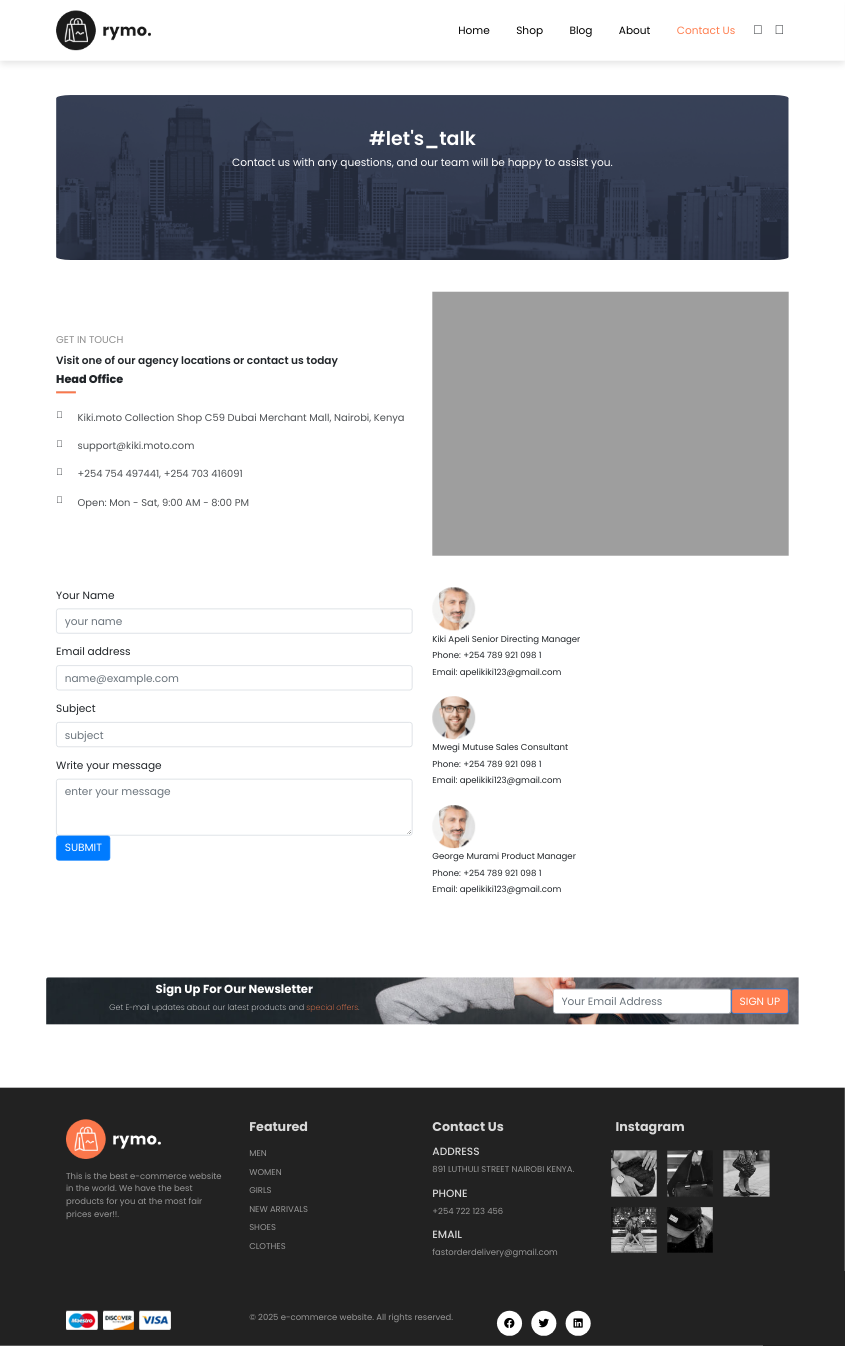
Repository: peter417waweru/e-commerce-UI
Page: contact.html
An editor plug-in stored every save of this project. The page is shown before and after the next save, followed by the edit.
The browser window is 1280 px wide. The pictures show the whole page, at 66% of full size.
Pictures or frames that could not be fetched are drawn as grey boxes. Some web libraries are served in a nearby version.

Above is the page before, as saved 2025-02-10 01:36:38.
Console error: TypeError: Cannot set properties of undefined (setting 'onclick')

### contact.html
<!DOCTYPE html>
<html lang="en">
    <head>

        <meta charset="UTF-8">
        <meta http-equiv="X-UA-Compatible" content="IE=edge">
        <meta name="viewport" content="width=device-width, initial-scale=1.0">
        <title>Ecommerce Website1</title>

        <link rel="stylesheet" href="https://cdn.jsdelivr.net/npm/bootstrap@4.1.3/dist/css/bootstrap.min.css"
        integrity="sha384-MCw98/SFnGE8fJT3GXwEOngsV7Zt27NXFoaoApmYm81iuXoPkFOJwJ8ERdknLPMO" crossorigin="anonymous">

        <link rel="stylesheet" href="https://pro.fontawesome.com/releases/v5.10.0/css/all.css" />

        <link rel="stylesheet" href="./style.css">
        <link rel="stylesheet" href="./about.css">
        <link rel="stylesheet" href="./contact.css">
    </head>

    <body>
        <nav class="navbar navbar-expand-lg navbar-light bg-white py-3 fixed-top">
            <div class="container">
              <img src="img/logo1.png" alt="">
              <button class="navbar-toggler" type="button" data-bs-toggle="collapse" data-bs-target="#navbarSupportedContent"
              aria-controls="navbarSupportedContent" aria-expanded="false" aria-label="Toggle navigation">
                <span><i id="bar" class="fas fa-bars"></i></span>
              </button>
              <div class="collapse navbar-collapse" id="navbarSupportedContent">
                <ul class="navbar-nav ml-auto">
                  <li class="nav-item">
                    <a class="nav-link " aria-current="page" href="#">Home</a>
                  </li>
                  <li class="nav-item">
                    <a class="nav-link" aria-current="page" href="shop.html">Shop</a>
                  </li>
                  <li class="nav-item">
                    <a class="nav-link" aria-current="page" href="#">Blog</a>
                  </li>
                  <li class="nav-item">
                    <a class="nav-link" aria-current="page" href="#">About</a>
                  </li>
                  <li class="nav-item">
                    <a class="nav-link active" aria-current="page" href="#">Contact Us</a>
                  </li>
                  <li class="nav-item">
                    <i class="fal fa-search"></i>
                    <i class="fal fa-shopping-bag"></i>
                  </li>


                </ul>

              </div>
            </div>
        </nav>

        <section id="page-header" class="container mt-5 pt-5">
           <div class="about-header">
            <h2 class="text-center mt-5 pt-5">#let's_talk</h2>
            <p class="text-center">Contact us with any questions, and our team will be happy to assist you.</p>
           </div>
        </section>

        <section id="contact-details" class="container mt-5">
            <div class="row d-flex align-items-center gap-4">
                <div class="details-side col-lg-6 col-md-6 col-12">
                    <span>GET IN TOUCH</span>
                    <h2>Visit one of our agency locations or contact us today</h2>
                    <h3>Head Office</h3>
                    <hr class="mt-1">
                    <li>
                        <i class="fal fa-map"></i>
                        <p>Kiki.moto Collection Shop C59
                            Dubai Merchant Mall, Nairobi, Kenya</p>
                    </li>
                    <li>
                        <i class="fal fa-envelope"></i>
                        <p>support@kiki.moto.com</p>
                    </li>
                    <li>
                        <i class="fal fa-phone-alt"></i>
                        <p>+254 754 497441,  +254 703 416091</p>
                    </li>
                    <li>
                        <i class="fal fa-clock"></i>
                        <p>Open: Mon - Sat, 9:00 AM - 8:00 PM</p>
                    </li>
                </div>
                <div class="map col-lg-6 col-md-6 col-12">
                    <iframe src="https://www.google.com/maps/embed?pb=!1m18!1m12!1m3!1d3988.
                    8308746660095!2d36.778592273500564!3d-1.2747547356105604!2m3!1f0!2f0!3f0!3m2!1i1024!2i768!4f13.1!3m3!1m2!1s0x182f1
                    9fd9b65c0ef%3A0xbac0db1b9cbf73e!2sArchives%20Tower%2C%20Nairobi!5e0!3m2!1ssw!2ske!4v1739129931160!5m2!1ssw!2ske" width="100%" height="350px" style="border:0;"
                     allowfullscreen="" loading="lazy" referrerpolicy="no-referrer-when-downgrade">
                    </iframe>
                </div>
            </div>
        </section>

        <section id="contact-message" class="container my-4 py-4">
            <div class="row d-flex gap-4">
                <div class="form-details col-lg-6 col-md-6 col-12 w-100">
                    <div class="mb-3">
                        <label for="exampleFormControlInput1" class="form-label">Your Name</label>
                        <input type="email" class="form-control" id="exampleFormControlInput1" placeholder="your name">
                    </div>
                    <div class="mb-3">
                        <label for="exampleFormControlInput1" class="form-label">Email address</label>
                        <input type="email" class="form-control" id="exampleFormControlInput1" placeholder="name@example.com">
                    </div>
                    <div class="mb-3">
                        <label for="exampleFormControlInput1" class="form-label">Subject</label>
                        <input type="email" class="form-control" id="exampleFormControlInput1" placeholder="subject">
                    </div>
                    <div class="mb-3">
                        <label for="exampleFormControlTextarea1" class="form-label">Write your message</label>
                        <textarea class="form-control" id="exampleFormControlTextarea1" rows="3" placeholder="enter your message"></textarea>
                        <button type="button" class="btn btn-primary">Submit</button>
                    </div>
                </div>
                <div class="members col-lg-6 col-md-6 col-12">
                    <div>
                        <img src="img/people/1.png" alt="">
                        <p><span>Kiki Apeli</span> Senior Directing Manager <br>
                            Phone: +254 789 921 098 1 <br>
                            Email: apelikiki123@gmail.com
                        </p>
                    </div>
                    <div>
                        <img src="img/people/2.png" alt="">
                        <p><span>Mwegi Mutuse</span> Sales Consultant <br>
                            Phone: +254 789 921 098 1 <br>
                            Email: apelikiki123@gmail.com
                        </p>
                    </div>
                    <div>
                        <img src="img/people/1.png" alt="">
                        <p><span>George Murami</span> Product Manager<br>
                            Phone: +254 789 921 098 1 <br>
                            Email: apelikiki123@gmail.com
                        </p>
                    </div>

                </div>
            </div>
        </section>

        <section id="newsletter" class="container py-5">
            <div class="row align-items-center text-center text-lg-start">
                <div class="col-lg-6 col-md-12">
                    <h4 class="mt-2">Sign Up For Our Newsletter</h4>
                    <p>Get E-mail updates about our latest products and <span>special offers</span>.</p>
                </div>
                <div class="col-lg-6 col-md-12">
                    <form class="d-flex justify-content-center justify-content-lg-end">
                        <input type="email" class="form-control w-50 me-2" placeholder="Your Email Address">
                        <button class="btn btn-primary">Sign Up</button>
                    </form>
                </div>
            </div>
        </section>

        <footer class="mt-5">
            <div class="row container mx-auto pt-5">
              <div class="footer-one col-lg-3 col-md-6 col-12">
                <img src="img/logo2.png" alt="">
                <p class="pt-3">This is the best e-commerce website in the world.
                   We have the best products for you at the most fair prices ever!!.</p>
              </div>
              <div class="footer-one col-lg-3 col-md-6 col-12">
                <h4 class="pb-2">Featured</h4>
                <ul class="text-uppercase list-unstyled">
                  <li><a href="#">men</a></li>
                  <li><a href="#">women</a></li>
                  <li><a href="#">girls</a></li>
                  <li><a href="#">new arrivals</a></li>
                  <li><a href="#">shoes</a></li>
                  <li><a href="#">clothes</a></li>
                </ul>
              </div>
              <div class="footer-one col-lg-3 col-md-6 col-12 mb-3">
                <h4 class="pb-2">Contact Us</h4>
                <div>
                  <h6 class="text-uppercase">Address</h6>
                <p>891 LUTHULI STREET NAIROBI KENYA.</p>
                </div>
                <div>
                  <h6 class="text-uppercase">Phone</h6>
                <p>+254 722 123 456</p>
                </div>
                <div>
                  <h6 class="text-uppercase">Email</h6>
                <p>fastorderdelivery@gmail.com</p>
                </div>
              </div>
              <div class="footer-one col-lg-3 col-md-6 col-12 mb-3">
                <h4 class="pb-2">Instagram</h4>
                <div class="row">
                  <img class="img-fluid w-25 h-100 m-2" src="img/insta/1.jpg" alt="">
                  <img class="img-fluid w-25 h-100 m-2" src="img/insta/2.jpg" alt="">
                  <img class="img-fluid w-25 h-100 m-2" src="img/insta/3.jpg" alt="">
                  <img class="img-fluid w-25 h-100 m-2" src="img/insta/4.jpg" alt="">
                  <img class="img-fluid w-25 h-100 m-2" src="img/insta/5.jpg" alt="">
                </div>
              </div>
            </div>
            <div class="copyright mt-5">
              <div class="row container mx-auto">
                <div class="col-lg-3 col-md-6 col-12 mb-4">
                  <img class="img-fluid" src="img/payment.png" alt="">
                </div>
                <div class="col-lg-4 col-md-6 col-12 text-nowrap mb-2">
                  <p>© 2025 e-commerce website. All rights reserved.</p>
                </div>
                <div class="col-lg-4 col-md-6 col-12">
                  <a href="#"><i class="fab fa-facebook"></i></a>
                  <a href="#"><i class="fab fa-twitter"></i></a>
                  <a href="#"><i class="fab fa-linkedin"></i></a>
                </div>
              </div>
            </div>
        </footer>
    </body>

    <script src="https://cdn.jsdelivr.net/npm/@popperjs/core@2.9.1/dist/umd/popper.min.js"
        integrity="sha384-SR1sx49pcuLnqZUnnPwx6FCym0wLsk5JZuNx2bPPENzswTNFaQU1RDvt3wT4gWFG"
        crossorigin="anonymous">
    </script>
    <script src="https://cdn.jsdelivr.net/npm/bootstrap@5.0.0-beta3/dist/js/bootstrap.min.js"
        integrity="sha384-j0CNLUeiqtyaRmlzUHCPZ+Gy5fQu0dQ6eZ/xAww941Ai1SxSY+0EQqNXNE6DZiVc"
        crossorigin="anonymous">
    </script>
    <script src="scripts.js"></script>
</html>

### style.css
@import url("https://fonts.googleapis.com/css2?family=Poppins:wght@100;200;300;400;500;600;700;800;900&display=swap");
* {
  margin: 0;
  padding: 0;
  box-sizing: border-box;
}

body {
  font-family: "Poppins", sans-serif;
}

h1 {
  font-size: 2.5rem;
  font-weight: 700;
}

h2 {
  font-size: 1.8rem;
  font-weight: 600;
}

h3 {
  font-size: 1.4rem;
  font-weight: 800;
}

h4 {
  font-size: 1.1rem;
  font-weight: 600;
}

h5 {
  font-size: 1rem;
  font-weight: 400;
  color: #1d1d1d;
}

h6 {
  color: #d8d8d8;
}

hr {
  width: 30px;
  height: 2px;
  background-color: #fb774b;
}

.star {
  padding: 10px 0;
}

.star i{
  font-size: 0.8rem;
  color: goldenrod;
}

button {
  font-size: 0.8rem;
  font-weight: 700;
  outline: none;
  border: none;
  background-color: #1d1d1d;
  color: aliceblue;
  padding: 13px 30px;
  cursor: pointer;
  text-transform: uppercase;
  transition: 0.3s ease;
}

button:hover {
  background-color: #3a3833;
}

hr {
  width: 30px;
  height: 2px;

}

.navbar {
  font-size: 16px;
  background-color: #d8d8d8;
  top: 0;
  left: 0;
  box-shadow: 0 5px 10px rgba(0, 0, 0, 0.1);
}

.navbar-light .navbar-nav .nav-link{
  padding: 0 20px;
  color: black;
  transition: 0.3s ease;
}

.navbar-light .navbar-nav .nav-link:hover,
.navbar i:hover,
.navbar-light .navbar-nav .nav-link.active,
.navbar i.active
{
  color: coral;
}



.navbar i{
  font-size: 1.2rem;
  padding: 0 7px;
  cursor: pointer;
  transition: 0.3s ease;
}

/* Mobile Nav*/


.navbar-light .navbar-toggler{
  border: none;
  outline: none;
}

#bar {
  font-size: 1.5rem;
  padding: 7px;
  cursor: pointer;
  font-weight: 500;
  color: black;
  transition: 0.3s ease;
}

#bar:hover,
#bar.active{
  color: #fff;
}

@media only screen and (max-width: 990px) {

  body > nav > div > button:hover ,
  body > nav > div > button:focus {
    background-color: #fb774b;
  }

  body > nav > div > button:hover #bar,
  body > nav > div > button:focus #bar {
    background-color: #fb774b;
  }

  #navbarSupportedContent > ul {
    margin: 1rem;
    justify-content: flex-end;
    align-items: flex-end;
    text-align: right;
  }

  #navbarSupportedContent > ul > li:nth-child(n) > a {
    padding: 10px 0;
  }
}


#home {
  background-image: url("img/back.jpg");
  width: 100%;
  height: 100vh;
  background-size: cover;
  background-position: top 70px center;
  display: flex;
  flex-direction: column;
  align-items: flex-start;
  justify-content: center;

}

#home span{
  color: coral;
}

#new .one img{
  width: 100%;
  height: 100%;
  background-position: center center;
  background-repeat: no-repeat;
  background-size: cover;
  position: relative;
}


#new .row .one .details{
  position: absolute;
  width: 100%;
  height: 100%;
  top: 0;
  left: 0;
  transition: 0.3s ease;
}

#new .row .one:hover .details{
  cursor: pointer;
  background-color: rgba(255, 178, 178, 0.8);
}

#new .row .one .details button{
 display: inline-block;
 font-size: 14px;
 font-weight: 500;
 color: #2a2a2a;
 background: none;
 text-transform: uppercase;
 border-bottom: 1px solid #2a2a2a;
 padding: 1.5px;
 transform: translateY(70px);
 transition: 0.3s ease;
}

#new .row .one .details button:hover{
  cursor: pointer;
  color: #fff;
  border-bottom: 1px solid #fff;
}

#new .row .one:nth-child(1) .details{
  display: flex;
  justify-content: center;
  flex-direction: column;
  align-items: flex-start;
  text-align: start;
}

#new .row .one:nth-child(2) .details{
  display: flex;
  justify-content: center;
  flex-direction: column;
  align-items: center;
  text-align: center;
}

#new .row .one:nth-child(3) .details{
  display: flex;
  justify-content: center;
  flex-direction: column;
  align-items: flex-end;
  text-align: end;
}

/*Products*/

.product {
  cursor: pointer;
  margin-bottom: 2rem;
}

.product img{
  transition: 0.3s all;

}

.product img:hover{
  opacity: 0.7;
}

.product .buy-btn{
  background: #fb774b;
  transform: translateY(20px);
  opacity: 0;
  transition: 0.3s all;
}
.product:hover .buy-btn{
  transform: translateY(0px);
  opacity: 1;
}

#banner {
  background-image: url("img/banner/2.jpg");
  width: 100%;
  height: 60vh;
  background-size: cover;
  background-position: top 70px center;
  background-repeat: no-repeat;
  background-attachment: fixed;
  display: flex;
  flex-direction: column;
  align-items: flex-start;
  justify-content: center;
}

#banner h4{
  color: #D8D8D8;
}

#banner h1{
  color: #D8D8D8;
}

#banner button{
  background-color: #fb774b;
}

footer{
  background-color: #222222;
}

footer h4 {
  color: #D8D8D8;
  font-size: 1.2rem;
  font-weight: 700;
}

footer li {
  padding-bottom: 4px;
}

footer li a {
  font-size: 0.8rem;
  color: #999;
}

footer li a:hover {
  color: #D8D8D8;
}

footer p{
  color: #999;
  font-size: 0.8rem;
}

footer .copyright a{
  color: #000;
  width: 38px;
  height: 38px;
  background-color: #fff;
  display: inline-block;
  text-align: center;
  line-height: 38px;
  border-radius: 50%;
  transition: 0.3s ease;
  margin: 0 5px;

}

footer .copyright a:hover{
  color: #fff;
  background-color: #fb774b;
}

### about.css
#page-header .about-header{
    background-image: url("img/about/banner.png");
    background-position: center;
    background-size: cover;
    width: 100%;
    height: 250px;
    border-radius: 2%;
}

#page-header .about-header h2,
#page-header .about-header p{
    color: #fff;
}

#about-app .video{
    width: 70%;
    height: 100%;
    margin: 30px auto 0 auto;
}

#about-app .video video{
    width: 100%;
    height: 100%;
    border-radius: 20px;
}

#newsletter .row{
    background-image: url("img/banner/1.jpg");
}

#newsletter .row h4{
    color: #fff;
    font-weight: bold;
}

#newsletter .row p{
    color: #fff;
    font-weight: 200;
    font-size: 12px;
}

#newsletter .row p span{
    color: coral;
    font-weight: 250;
}

#newsletter .row p span:hover{
    cursor: pointer;
    color: #8d8d8d;
}

#newsletter .row button{
    background-color: coral;
}

#newsletter .row button:hover{
    background-color: #8d8d8d;

}

@media (max-width: 768px){
    #newsletter .row{
        margin: 0 auto 0 auto;
        padding-bottom: 20px;
    }
}

### contact.css
#contact-details .details-side span{
    color: #8d8d8d;
    font-size: 15px;
}

#contact-details .details-side h2{
    margin-top: 10px;
    columns: black;
    font-size: 16px;
}

#contact-details .details-side h3{
    margin-top: 10px;
    columns: black;
    font-size: 17px;
}

#contact-details .details-side li{
    list-style-type: none;
    display: flex;
    padding: 10px 0;
}

#contact-details .details-side li i{
    font-size: 14px;
    padding-right: 22px;
}
#contact-details .details-side li p{
    margin: 0;
    font-size: 15px;
    opacity: 0.8;
}

#contact-details .details-side li p:hover{
    color: coral;
    cursor: pointer;
    font-weight: 300;
}

#contact-details .map{
    width: 55%;
    height: 400px;
}

#contact-details .map iframe{
    width: 100%;
    height: 100%;
}

#contact-message .members div{
    padding-bottom: 25px;
}

#contact-message .members div img{
    width: 65px;
    height: 65px;
    object-fit: cover;
    margin-right: 15px;
}

#contact-message .members p{
    margin: 0;
    font-size: 13px;
    line-height: 25px;
}

### scripts.js
var MainImg = document.getElementById('MainImg');
var SmallImg = document.getElementsByClassName('small-img');

SmallImg[0].onclick = function(){
    MainImg.src = SmallImg[0].src;
}
SmallImg[1].onclick = function(){
    MainImg.src = SmallImg[1].src;
}
SmallImg[2].onclick = function(){
    MainImg.src = SmallImg[2].src;
}
SmallImg[3].onclick = function(){
    MainImg.src = SmallImg[3].src;
}

After the next save:
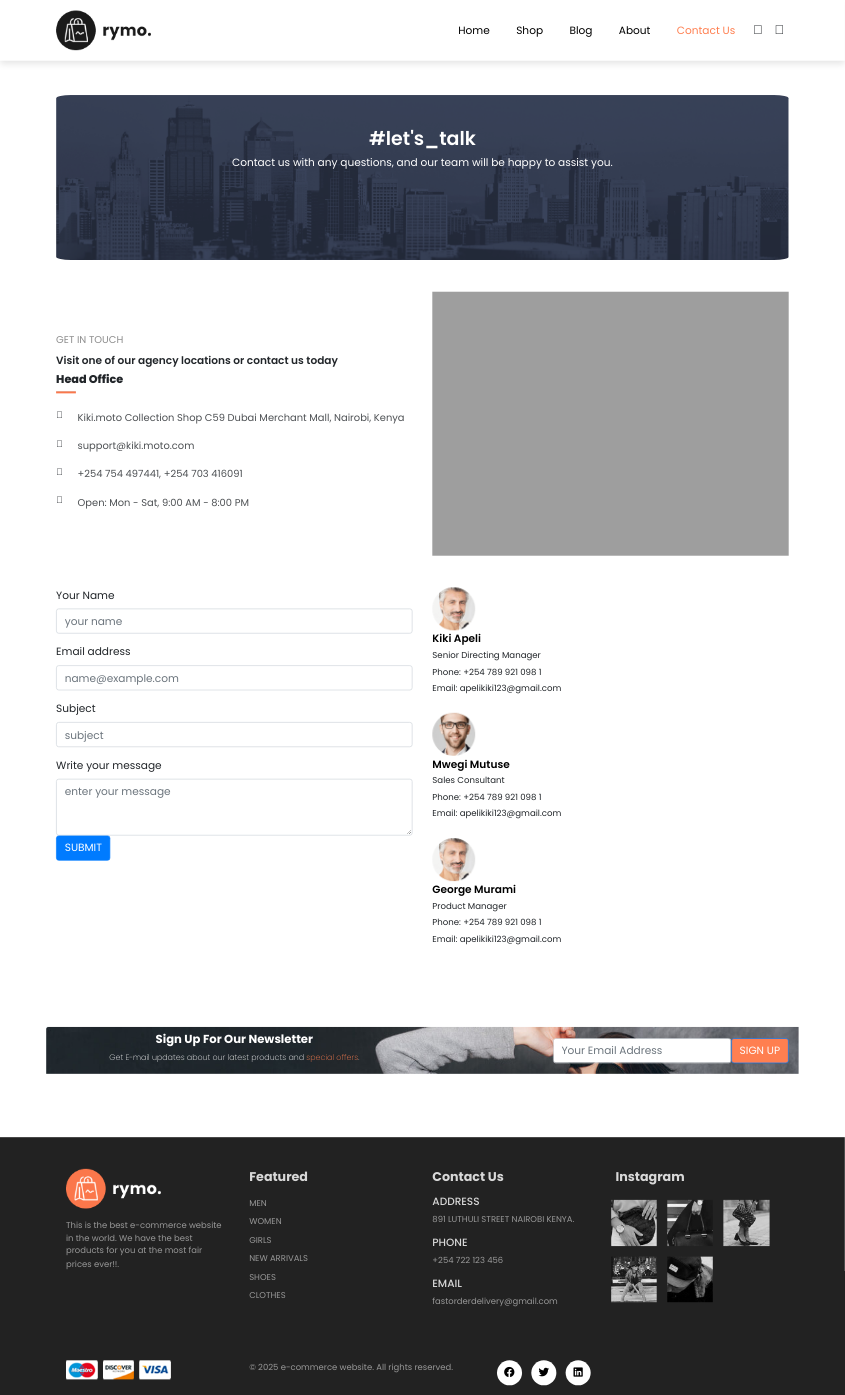
Saved 81 s later.
--- a/contact.css
+++ b/contact.css
@@ -63,3 +63,10 @@
     font-size: 13px;
     line-height: 25px;
 }
+#contact-message .members p span{
+    display: block;
+    font-size: 16px;
+    font-weight: 600;
+    color: black;
+
+}
